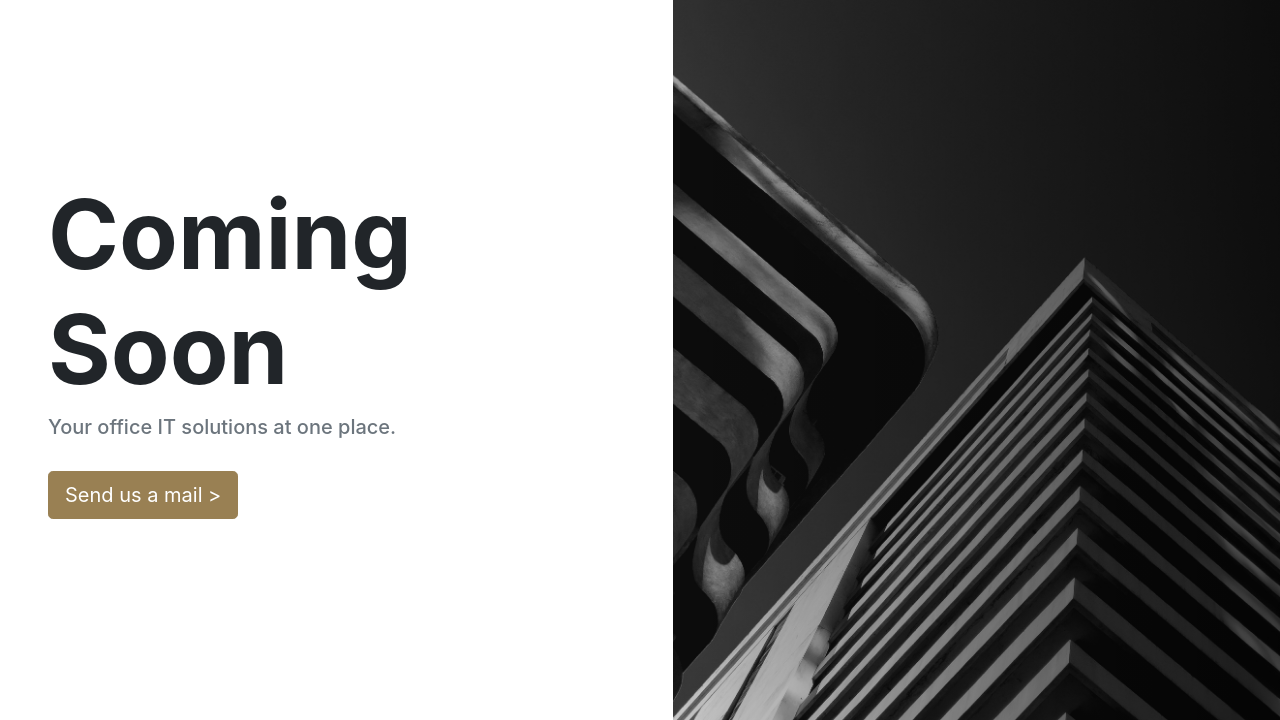
Repository: Thekxgh/website
Page: /
These files come from the project's save history. The page is drawn as it stood at one moment and after the next save; the edit follows.
The browser window is 1280 px wide. The pictures show the whole page.
The project was rebuilt for these pictures with package versions that can differ from the ones it lists, and the page was loaded fresh each time.

Above is the page before, as saved 2021-07-14 09:56:13.

### src/index.scss
$primary: #998053;
$dark: #050507;
$light-primary-bg: #DDDEE7;
$light-primary: #DDDEE7;
$theme-colors: (
    "primary": $primary,
    "info": $light-primary,
    "danger": teal,
    "dark": $dark
);

@import '~bootstrap/scss/bootstrap.scss';

.side-img{
 background: linear-gradient(to right, rgba(0, 0, 0, 0.2), rgba(0, 0, 0, 0.7) ), url('./assets/img/background.jpg') no-repeat;
 background-size: cover;
 min-height: 100vh;
}

### src/App.tsx
import React from 'react';
import { LandingPage } from './presentation/LandingPage';

function App() {
  return (
    <LandingPage />
  );
}

export default App;

### src/presentation/LandingPage.tsx
import { Col, Container, Row } from "react-bootstrap"

export const LandingPage = () => {
    return (
    <Container fluid>
        <Row className="min-vh-100 align-items-center">
            <Col className="p-5">
                <h1 className="display-1 font-weight-bold">Coming Soon</h1>
                <h5 className="text-muted">Your office IT solutions at one place.</h5>
                <a className="btn btn-primary btn-lg my-4" href="mailto:contact@thekxgh.com"> Send us a mail {'>'} </a>
            </Col>
            <Col className="side-img min-vh-100">

            </Col>
        </Row>
    </Container>
    );
}

Loaded but not shown: public/index.html (common file); src/index.tsx (common file)

After the next save:
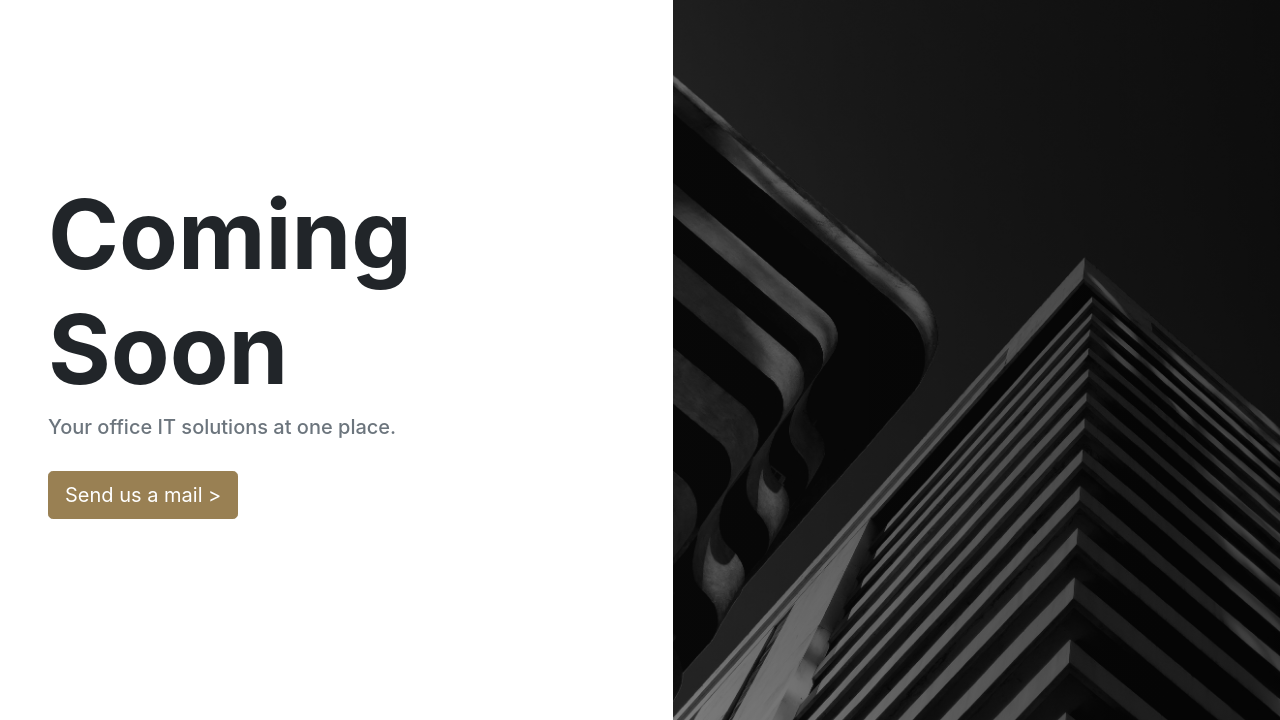
Saved 4 s later.
--- a/src/index.scss
+++ b/src/index.scss
@@ -12,7 +12,7 @@ $theme-colors: (
 @import '~bootstrap/scss/bootstrap.scss';
 
 .side-img{
- background: linear-gradient(to right, rgba(0, 0, 0, 0.2), rgba(0, 0, 0, 0.7) ), url('./assets/img/background.jpg') no-repeat;
+ background: linear-gradient(to right, rgba(0, 0, 0, 0.5), rgba(0, 0, 0, 0.7) ), url('./assets/img/background.jpg') no-repeat;
  background-size: cover;
  min-height: 100vh;
 }
